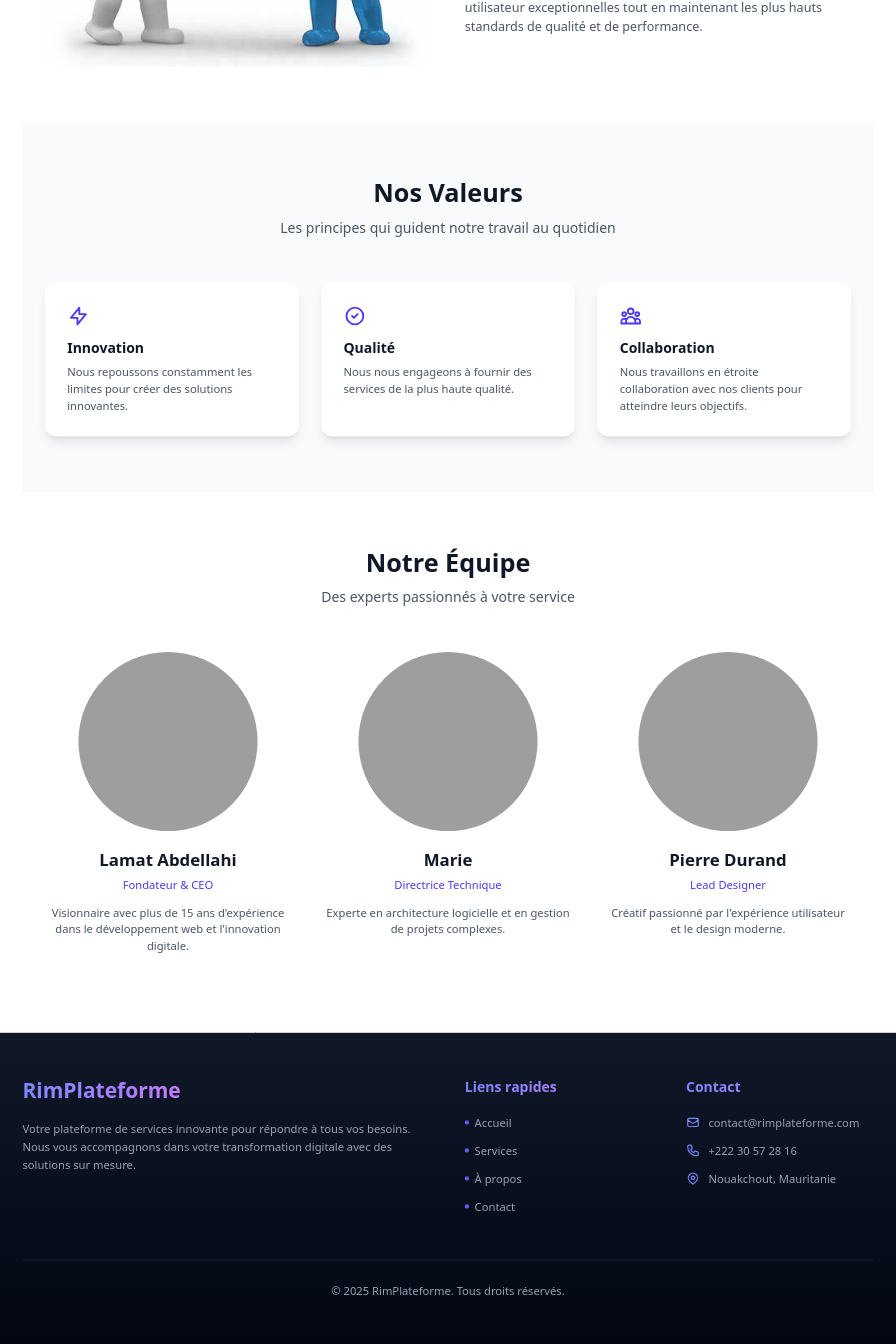
Repository: lamatmed/rimplateforme
Page: /about
These files come from the project's save history. The page is drawn as it stood at one moment and after the next save; the edit follows.
The browser window is 1280 px wide. The pictures show the part of the page from y = 1049 to 2969 px (the page is 2969 px tall), at 70% of full size.
Pictures or frames that could not be fetched are drawn as grey boxes. The project was rebuilt for these pictures with package versions that can differ from the ones it lists, and the page was loaded fresh each time. The framework's server and built-in components were replaced by stand-ins that run in the browser. Also part of the build but not shown: next.config.ts.

Above is the page before, as saved 2025-05-31 16:22:22.

After the next save:
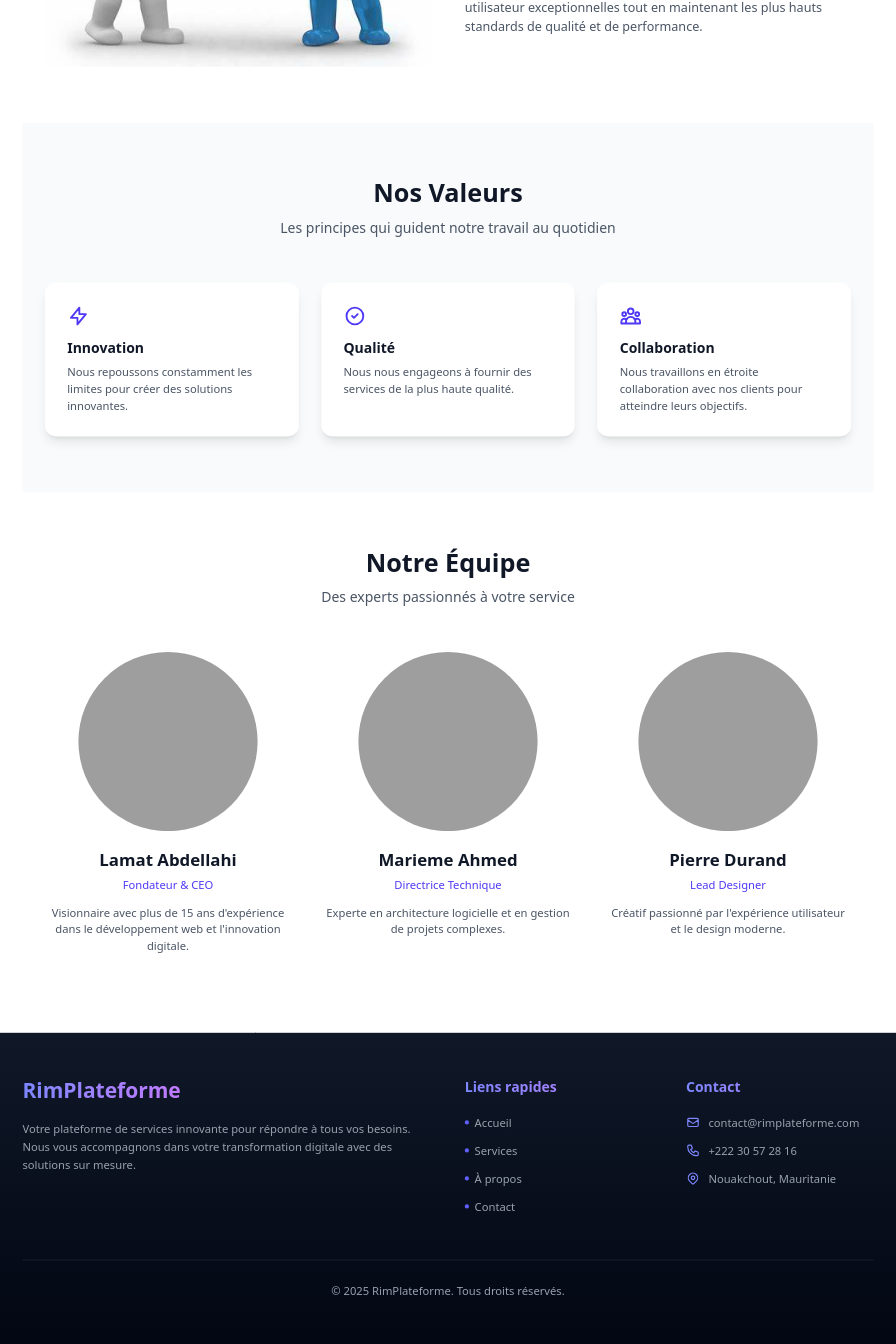
Saved 5 s later.
--- a/app/about/page.tsx
+++ b/app/about/page.tsx
@@ -12,7 +12,7 @@ const team = [
     description: 'Visionnaire avec plus de 15 ans d\'expérience dans le développement web et l\'innovation digitale.',
   },
   {
-    name: 'Marie',
+    name: 'Marieme Ahmed',
     role: 'Directrice Technique',
     image: '/team/marie.jpg',
     description: 'Experte en architecture logicielle et en gestion de projets complexes.',
